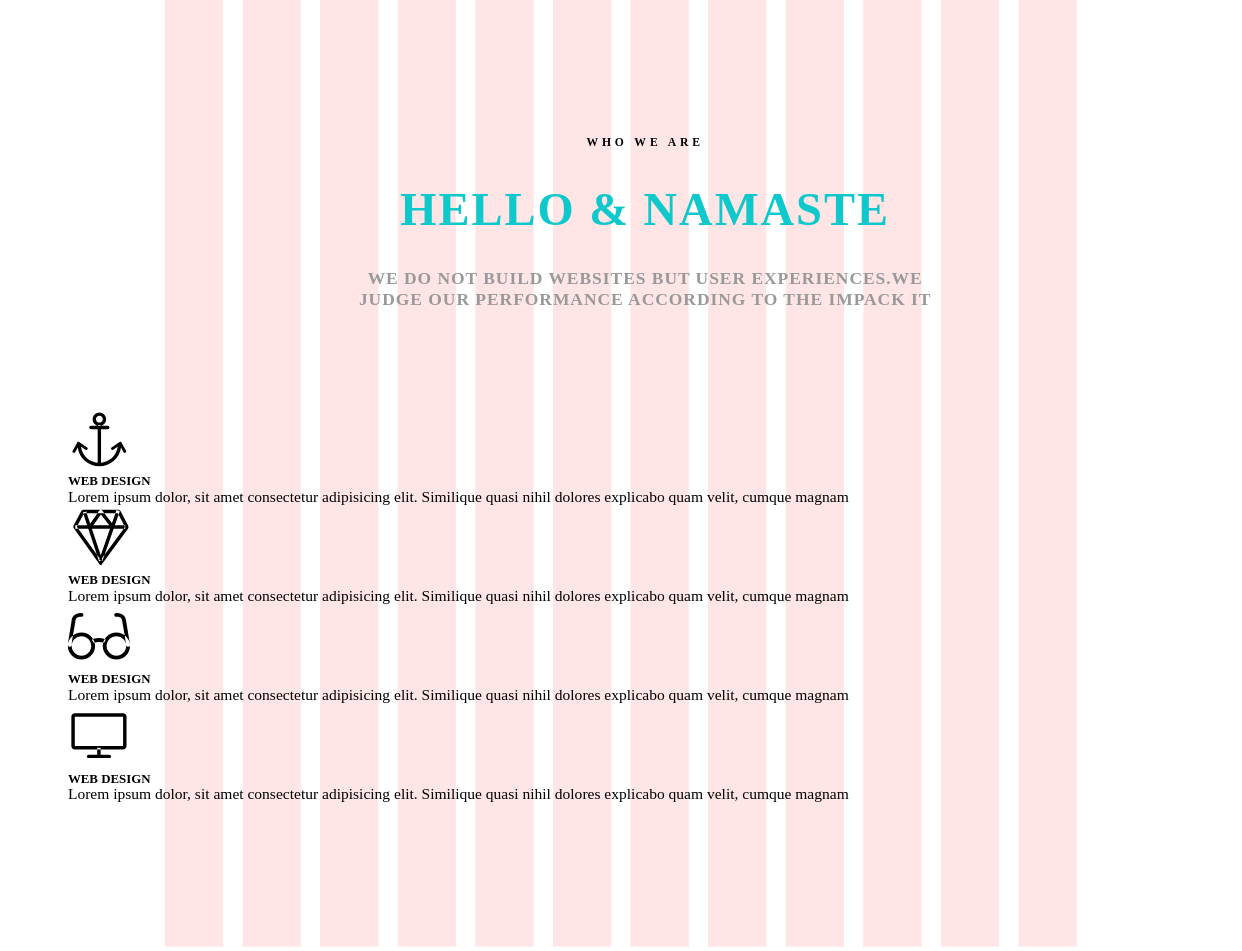
Repository: shpakovskaya/github.io
Page: boxsizing/namastegreen/index.html
An editor plug-in stored every save of this project. The page is shown before and after the next save, followed by the edit.
The browser window is 1280 px wide. The pictures show the whole page, at 97% of full size.

Above is the page before, as saved 2021-11-20 19:59:35.

After the next save:
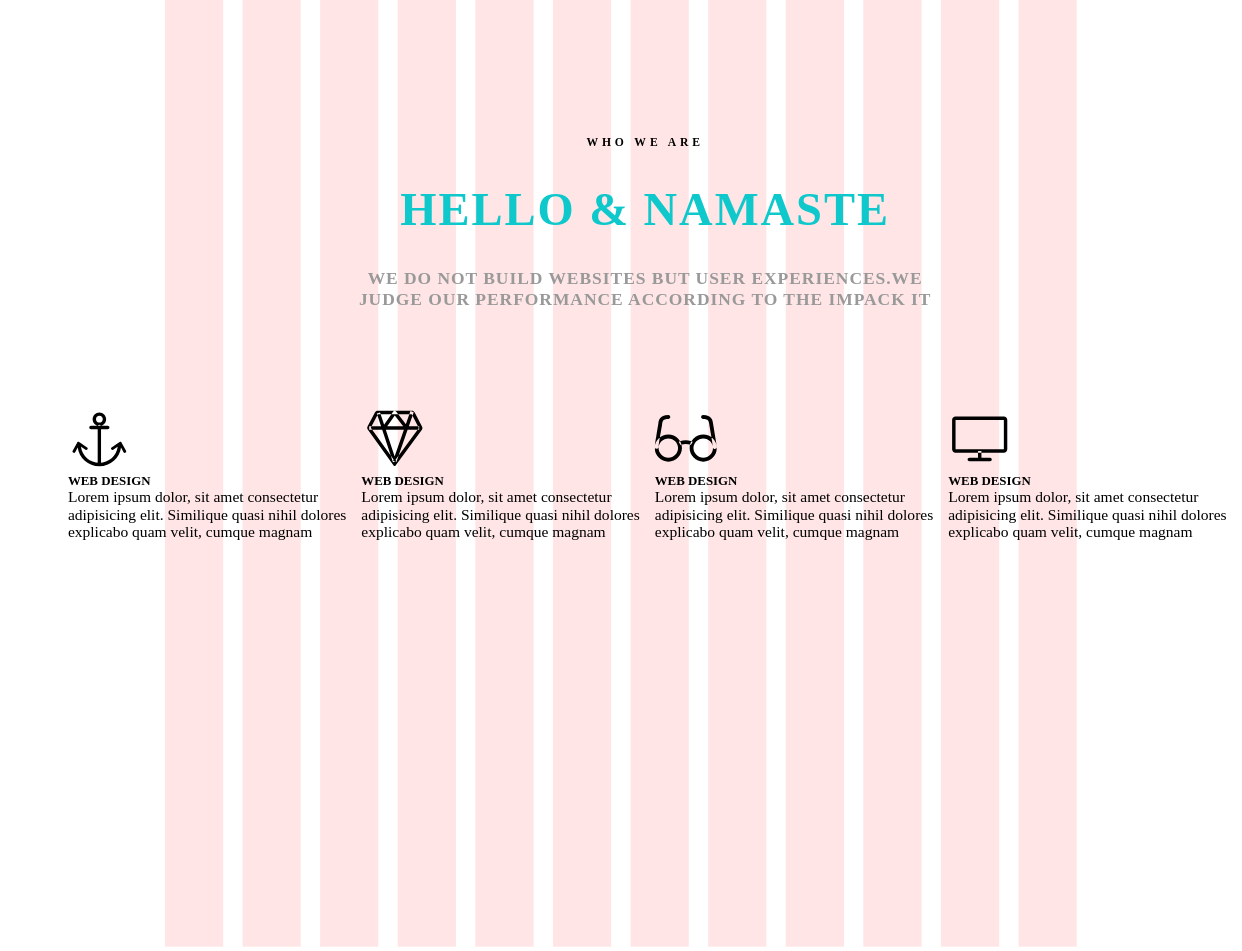
Saved 2 min 39 s later.
--- a/boxsizing/namastegreen/style.css
+++ b/boxsizing/namastegreen/style.css
@@ -50,8 +50,8 @@
   position: absolute;
   top: 420px;
   left: 70px;
-  display: inline block;
-bl
+  display: flex;
+  flex-direction: row;
 }
 
 #Anchor:hover {
